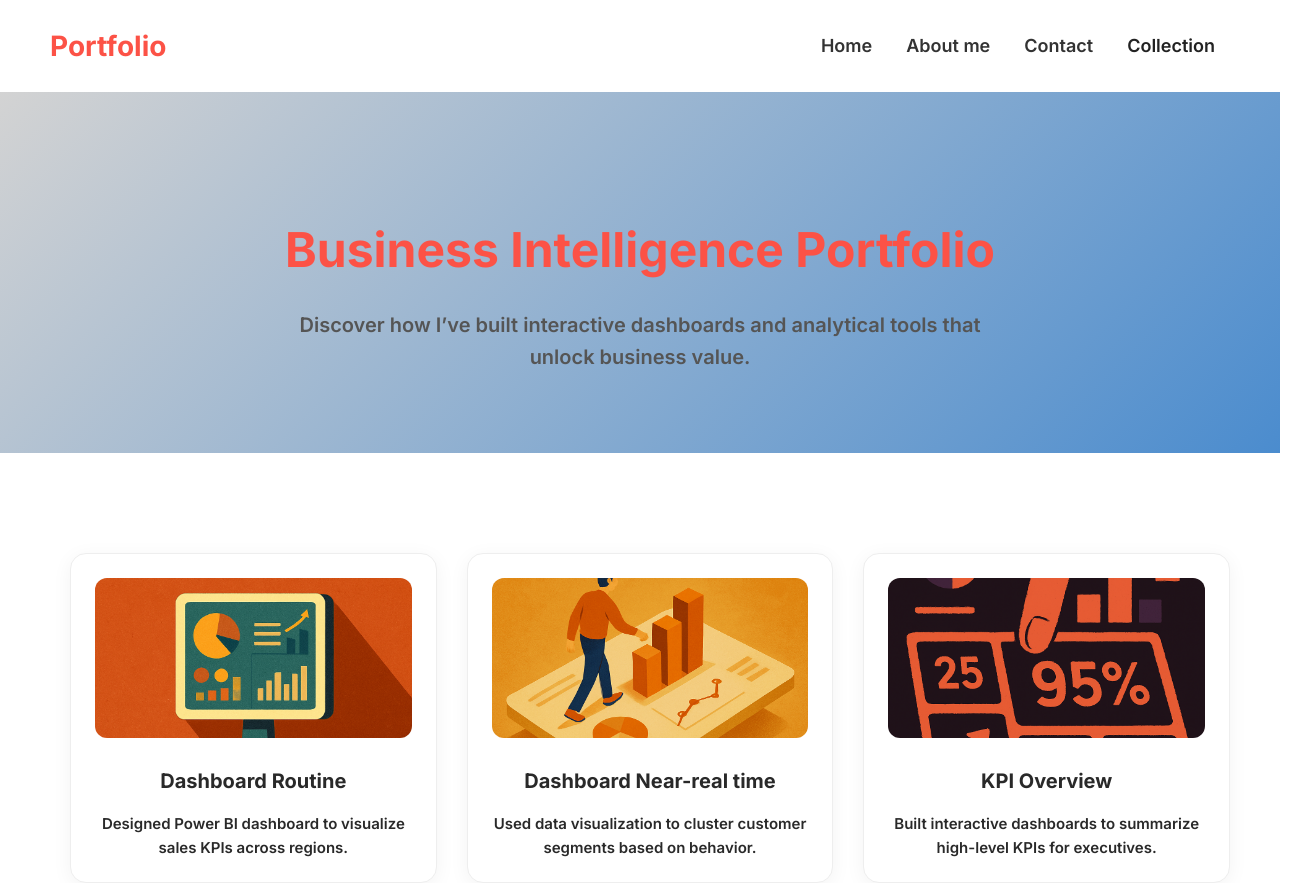
Repository: Wipas1919/Archive-portfolio
Page: projects/bi-solutions.html
The author's editor kept a copy of each file at every save. The page is drawn from the files as they stood at one save, then again after the next save.
The browser window is 1280 px wide. The page is 1300 px wide, so the pictures cover 1300 px, including what lies to the right of the window. The pictures show the whole page.

Above is the page before, as saved 2025-06-01 20:51:16.

After the next save:
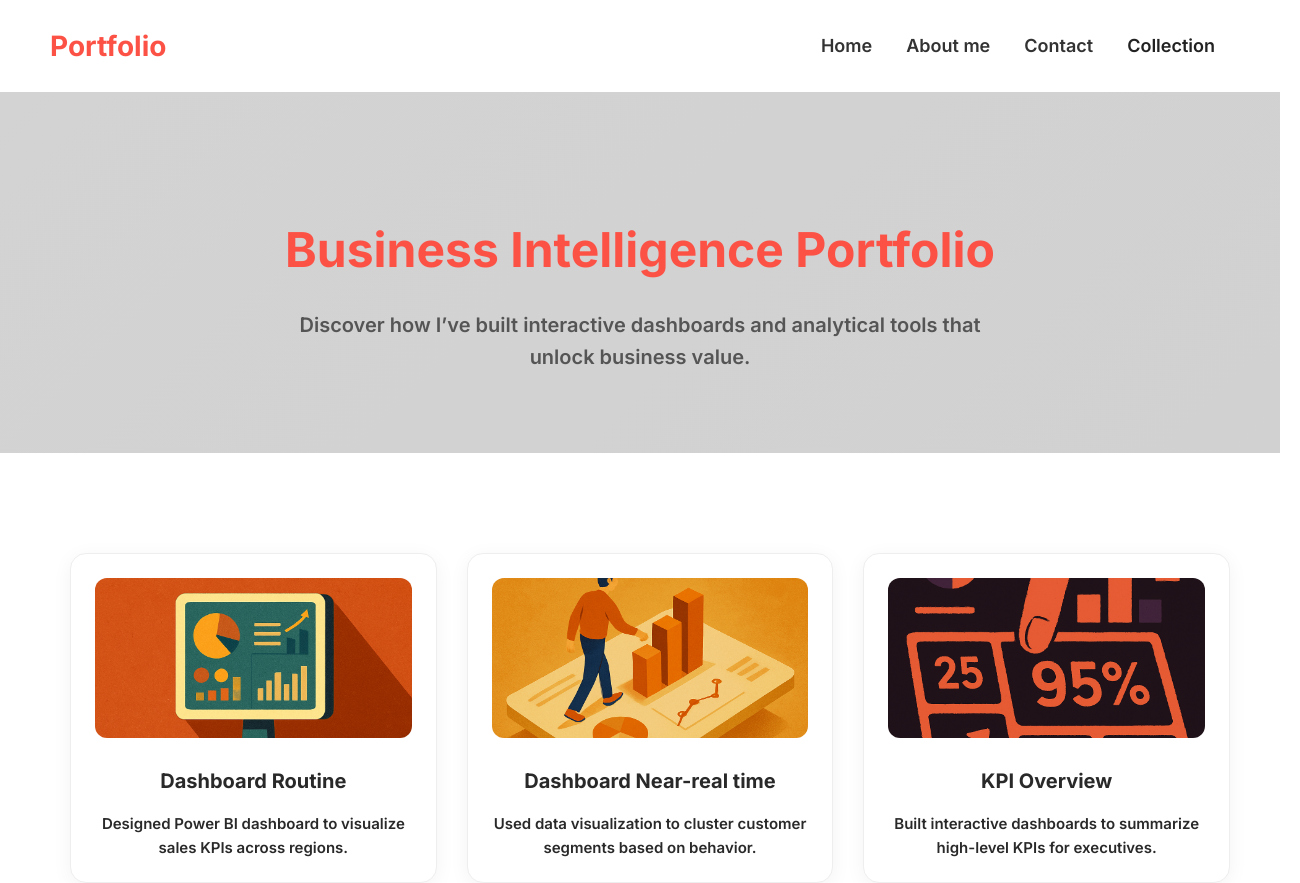
Saved 7 s later.
--- a/projects/bi-solutions.html
+++ b/projects/bi-solutions.html
@@ -12,7 +12,7 @@
       font-family: 'Inter', sans-serif;
     }
     .cover {
-      background: linear-gradient(135deg, #d3d3d3, #4b8cce);
+      background: linear-gradient(135deg, #d3d3d3, #d1d1d1);
       padding: 80px 20px;
       text-align: center;
     }
